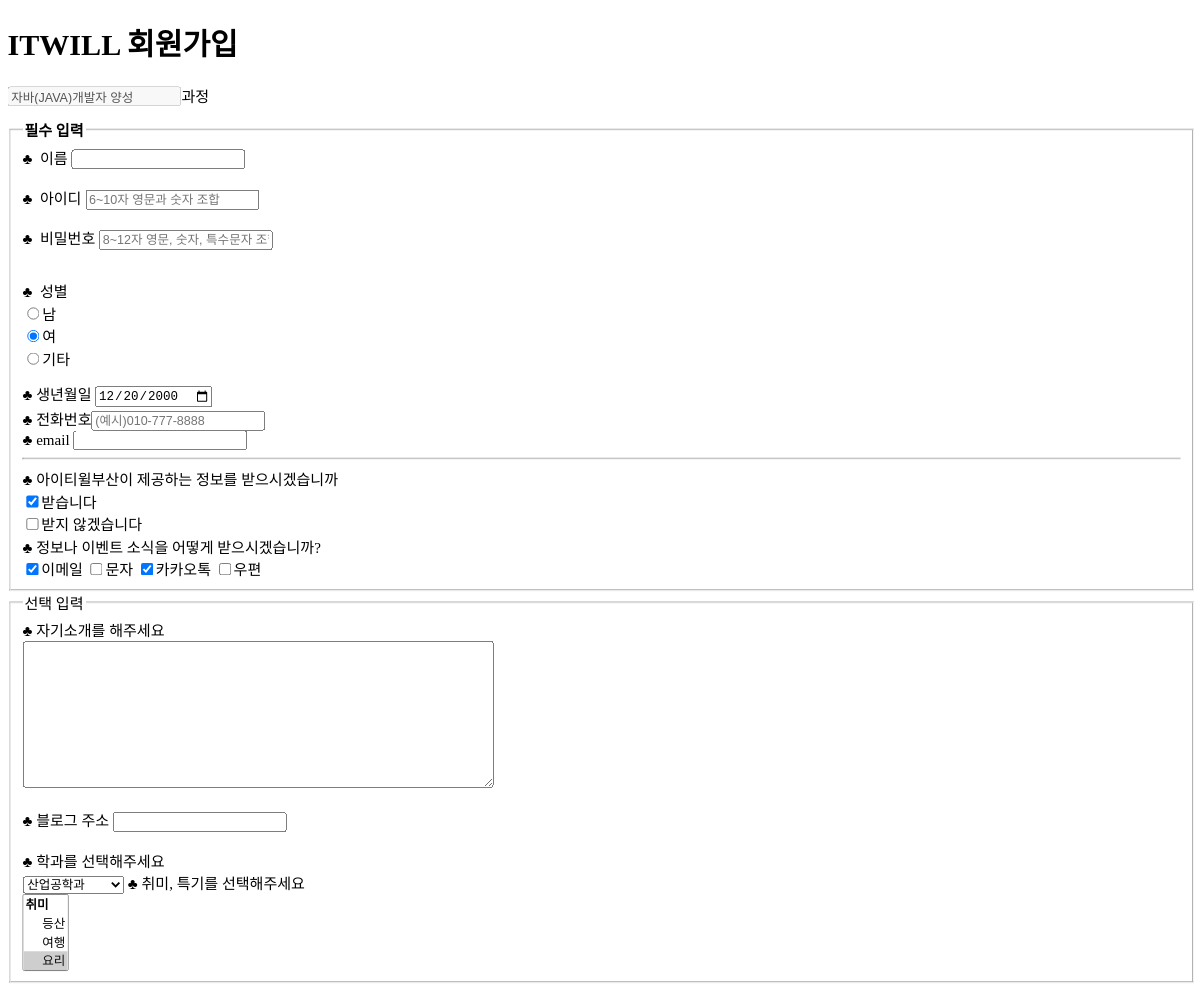
Repository: ReadStar/Web
Page: Html/html5/WebContent/form-test.html
The author's editor kept a copy of each file at every save. The page is drawn from the files as they stood at one save, then again after the next save.
The browser window is 1280 px wide. The pictures show the whole page, at 94% of full size.

Above is the page before, as saved 2020-08-13 12:05:24.

After the next save:
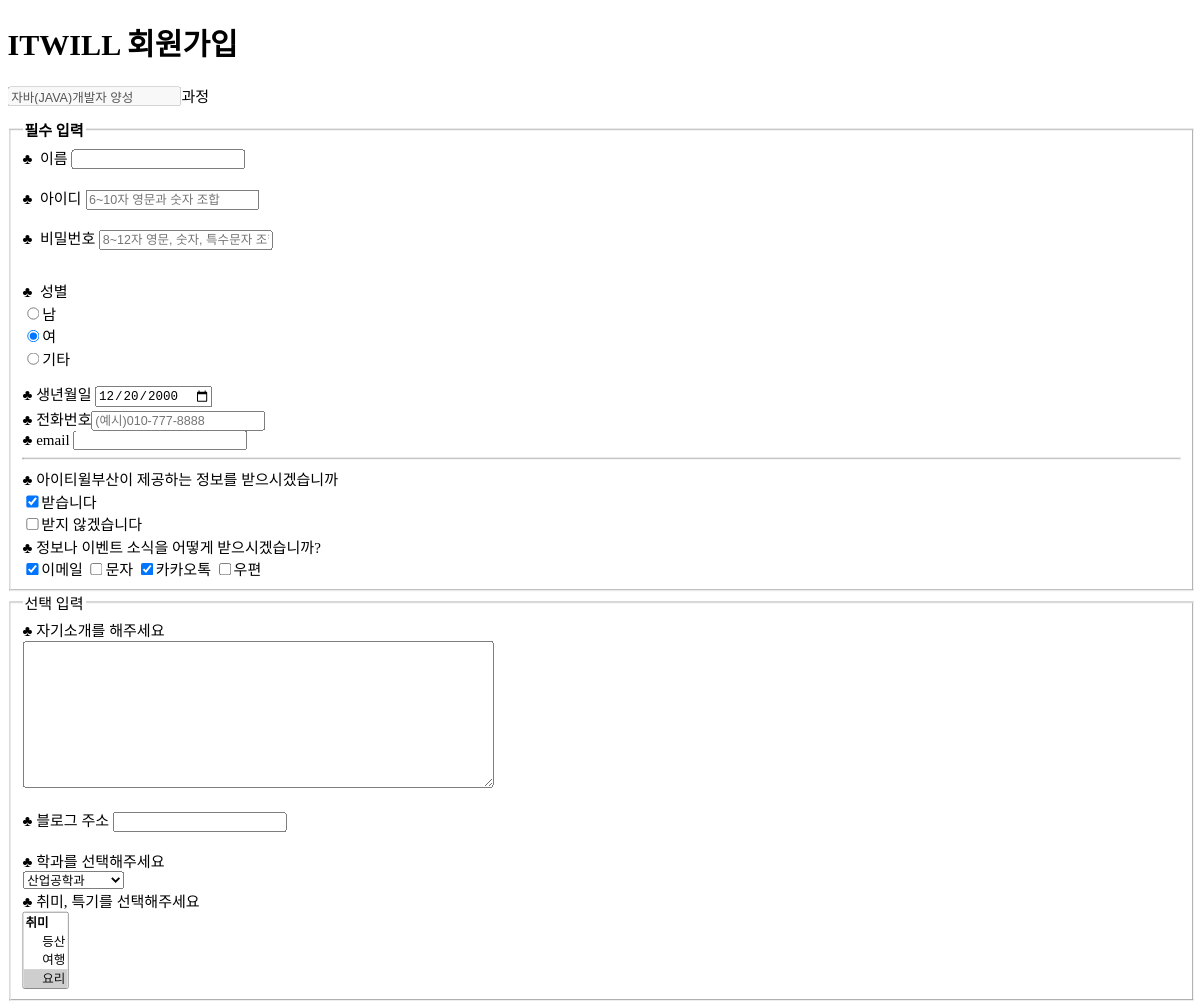
Saved 14 s later.
--- a/Html/html5/WebContent/form-test.html
+++ b/Html/html5/WebContent/form-test.html
@@ -45,7 +45,7 @@
 <option>화학공학과</option>
 <option>전기전자공학과</option>
 <option>건축공학과</option>
-</select>
+</select><br>
 <b>♣</b>&nbsp;취미, 특기를 선택해주세요<br>
 <select size="4">
 <optgroup label="취미">
@@ -53,8 +53,7 @@
 <option>여행</option>
 <option selected="selected">요리</option>
 <option>게임</option>
-</optgroup><br>
-
+</optgroup>
 <optgroup label="특기">
 <option>운동</option>
 <option>바둑</option>
